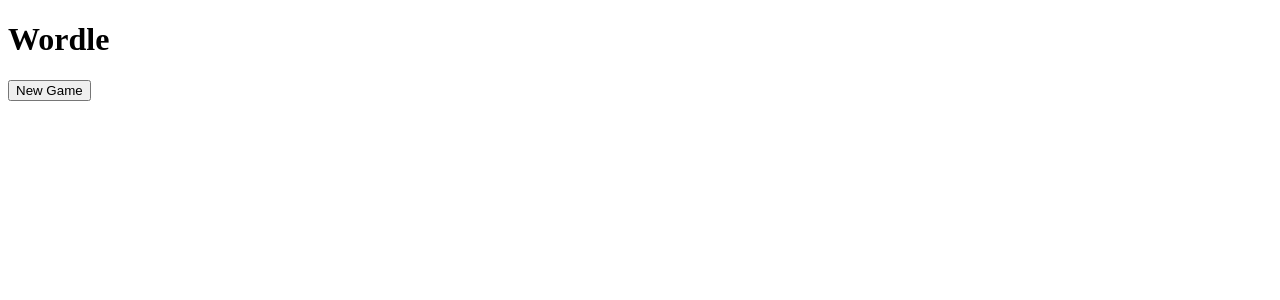
Repository: KarimIsaac/WorldeGame
Page: index.html
The author's editor kept a copy of each file at every save. The page is drawn from the files as they stood at one save, then again after the next save.
The browser window is 1280 px wide. The pictures show the whole page.

Above is the page before, as saved 2022-03-13 06:15:14.

After the next save:
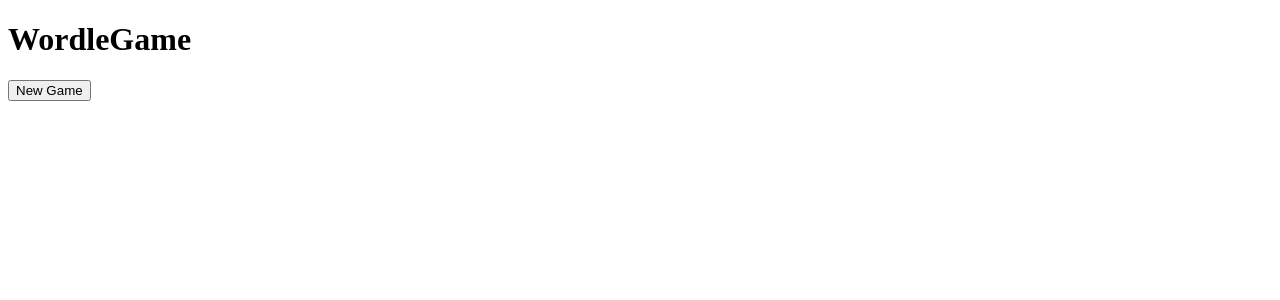
Saved 5 s later.
--- a/index.html
+++ b/index.html
@@ -7,7 +7,7 @@
     <title>Worlde Game</title>
 </head>
 <body>
-    <h1>Wordle</h1>
+    <h1>WordleGame</h1>
     <div id="grid"></div>
     <p id="answer"></p>
     <div id="keyboard"></div>
